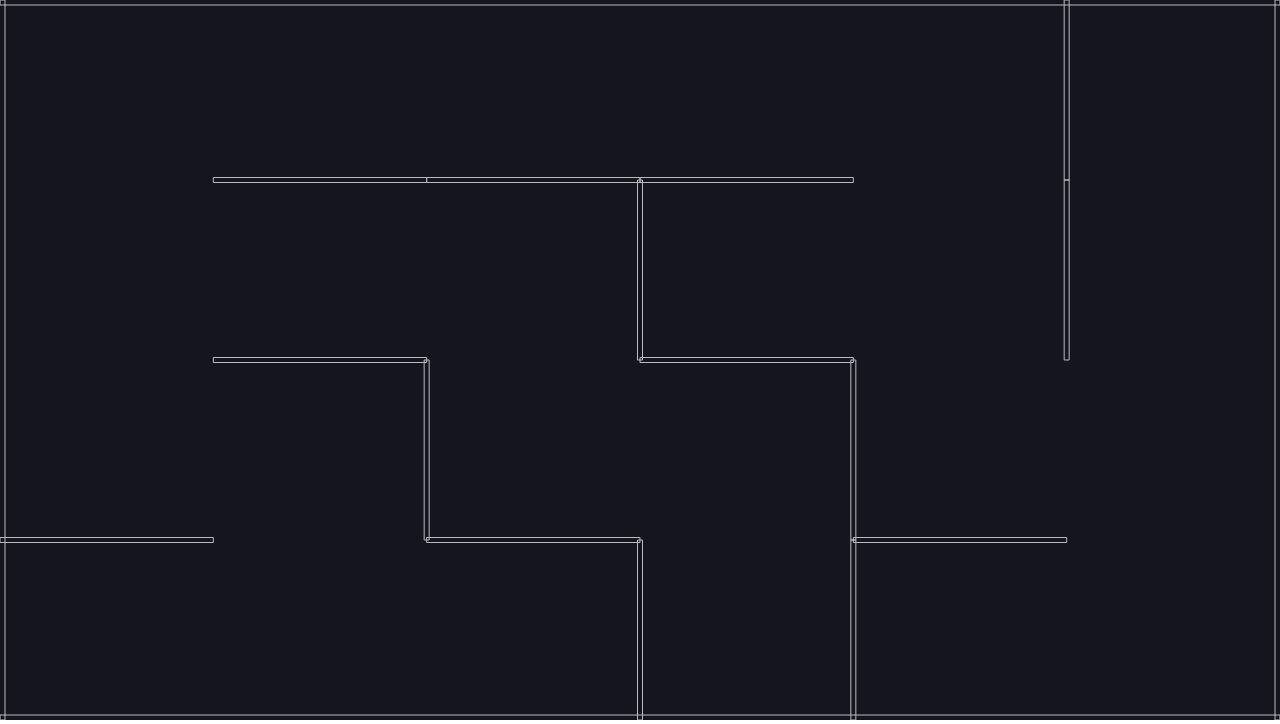
Repository: Sbethm/maze-runner
Page: index.html
An editor plug-in stored every save of this project. The page is shown before and after a run of saves, followed by the edit.
The browser window is 1280 px wide. The pictures show the whole page.
Some web libraries are served in a nearby version.

Above is the page before, as saved 2021-10-08 15:37:43.
Console error: ReferenceError: un is not defined

### index.html
<!DOCTYPE html>
<html lang="en">
<head>
    <meta charset="UTF-8">
    <meta http-equiv="X-UA-Compatible" content="IE=edge">
    <meta name="viewport" content="width=device-width, initial-scale=1.0">
    <link rel="stylesheet" href="style.css">
    <script src="https://cdnjs.cloudflare.com/ajax/libs/matter-js/0.17.1/matter.min.js"></script>
    <title>Maze Runner</title>
</head>
<body>

    <script src="app.js"></script>
</body>
</html>

### app.js

// //====== Building Canvas
// const { Engine, World, Runner, Render, Bodies, MouseConstraint, Mouse} = Matter;

// const width = 800;
// const height = 600;

// const engine = Engine.create();
// const {world} = engine;
// const render = Render.create({
//     element: document.body,
//     engine: engine,
//     options: {
//         // wireframes: false,
//         width,
//         height
//     }
// });
// Render.run(render);
// Runner.run(Runner.create(), engine);

// World.add(world, MouseConstraint.create(engine, {
//     mouse: Mouse.create(render.canvas)
// }));

// //====== Random Shapes in Canvas
// for(let i = 0; i < 20; i++) {
//     if(Math.random() > 0.5) {
//         World.add(world, Bodies.rectangle(Math.random() * width, Math.random() * height, 50, 50));
//     } else {
//         World.add(world, Bodies.circle(Math.random() * width, Math.random() * height, 30, {
//             render: {
//                 fillStyle: 'yellow'
//             }
//         }));
//     }
// }

// //====== Walls of Canvas
// const walls = [
//     Bodies.rectangle(400, 0, 800, 50, {isStatic: true}),
//     Bodies.rectangle(800, 300, 50, 600, {isStatic: true}),
//     Bodies.rectangle(400, 600, 800, 50, {isStatic: true}),
//     Bodies.rectangle(0, 300, 50, 600, {isStatic: true})
// ];

// World.add(world, walls);



//====== Building Canvas
const { Engine, World, Runner, Render, Bodies, Body, Events} = Matter;

//====== Config Variables
const cellsHorizontal = 6;
const cellsVertical = 4;
const width = window.innerWidth;
const height = window.innerHeight;
const wallsThickness = 5;
const boarderThickness = 10;
const unitLengthX = width / cellsHorizontal;
const unitLengthY = height / cellsVertical;
const goalRadius = unitLengthX / 4;

const engine = Engine.create();
    //Turn off gravity
    engine.world.gravity.y = 0;
const {world} = engine;
const render = Render.create({
    element: document.body,
    engine: engine,
    options: {
        width,
        height
    }
});
Render.run(render);
Runner.run(Runner.create(), engine);

//====== Walls of Canvas
const walls = [
    Bodies.rectangle(width / 2, 0, width, boarderThickness, {isStatic: true}),
    Bodies.rectangle(width, height / 2, boarderThickness, height, {isStatic: true}),
    Bodies.rectangle(width / 2, height, width, boarderThickness, {isStatic: true}),
    Bodies.rectangle(0, height / 2, boarderThickness, height, {isStatic: true})
];

World.add(world, walls);

//====== Maze Generation
const shuffle = (arr) => {
    let counter = arr.length;

    while(counter > 0) {
        const index = Math.floor(Math.random() * counter);
        counter--;
        const temp = arr[counter];
        arr[counter] = arr[index];
        arr[index] = temp;
    }

    return arr;
}

const grid = Array(cellsHorizontal).fill(null).map(()=> Array(cellsVertical).fill(false));
const verticals = Array(cellsVertical).fill(null).map(()=> Array(cellsHorizontal - 1).fill(false));
const horizontals = Array(cellsVertical - 1).fill(null).map(()=> Array(cellsHorizontal).fill(false));

startRow = Math.floor(Math.random() * cellsVertical);
startColumn  = Math.floor(Math.random() * cellsHorizontal);

const iteratingMazeWalls = (row, column) => {
    //If have visited cell before, return
    if(grid[row][column]) {
        return;
    }
    //Mark cell as true for having visited
    grid[row][column] = true;
    //Assembly random list of neighboring cells
    const neighbors = shuffle([
        [row - 1, column, 'up'],
        [row, column + 1, 'right'],
        [row, column - 1, 'left'],
        [row + 1, column, 'down']
    ]);

    //For each neighbor...
    for(neighbor of neighbors) {
        const [nextRow, nextColumn, direction] = neighbor;
    //See if that neighbor is out of bounds
        if(nextRow < 0 || nextRow >= cellsVertical || nextColumn < 0 || nextColumn >= cellsHorizontal) {
            continue;
        }
    //if we have visited that neighbor, continue to next neighbor
        if(grid[nextRow][nextColumn]) {
            continue;
        }
    //remove wall from either horizontals or verticals
        if(direction === 'right') {
            verticals[row][column] = true;
        } else if (direction === 'left') {
            verticals[row][column - 1] = true;
        } else if (direction === 'up') {
            horizontals[row - 1][column] = true;
        } else {
            horizontals[row][column] = true;
        }
        iteratingMazeWalls(nextRow, nextColumn);
    }
}

iteratingMazeWalls(startRow, startColumn);

console.log(grid);
console.log(verticals);
console.log(horizontals);

horizontals.forEach((row, rowIndex) => {
    row.forEach((open, colIndex) => {
        if (open){
            return;
        }

        const wall = Bodies.rectangle(colIndex * unitLengthX + unitLengthX / 2, rowIndex * unitLengthY + unitLengthY, unitLengthX, wallsThickness,
            {
                label: 'wall',
                isStatic: true
            });
        World.add(world, wall);
    });
});

verticals.forEach((row, rowIndex) => {
    row.forEach((open, colIndex) => {
        if (open){
            return;
        }
        const wall = Bodies.rectangle(colIndex * unitLengthX + unitLengthX, rowIndex * unitLengthY + unitLengthY / 2, wallsThickness, unitLengthY,
            {
                label: 'wall',
                isStatic: true
            });
        World.add(world, wall);
    });
});

//====== Goal & Player Piece
const radius = Math.min(un)
const goal =Bodies.circle(width - unitLengthX / 2, height - unitLengthY / 2, goalRadius,
    {
        label: 'goal',
        isStatic: true
    });
const playerPiece =Bodies.circle(unitLengthX / 2, unitLengthY / 2, goalRadius,
    {
        label: 'player'
    });

World.add(world, goal);
World.add(world, playerPiece);

//====== Player Controls
document.addEventListener('keydown', event => {
    const { x, y } = playerPiece.velocity;
    if(event.keyCode === 87) {
        Body.setVelocity(playerPiece, { x, y: y - 5 });
    }
    if(event.keyCode === 68) {
        Body.setVelocity(playerPiece, { x: x + 5, y });
    }
    if(event.keyCode === 83) {
        Body.setVelocity(playerPiece, { x, y: y + 5 });
    }
    if(event.keyCode === 65) {
        Body.setVelocity(playerPiece, { x: x - 5, y });
    }
})

//====== Win Condition
Events.on(engine, 'collisionStart', event => {
    event.pairs.forEach((collision) => {
        const label = ['goal', 'player'];
        if( label.includes(collision.bodyA.label) && label.includes(collision.bodyB.label)) {
            world.gravity.y = 1;
            world.bodies.forEach((body) => {
                if(body.label === 'wall') {
                    Body.setStatic(body, false);
                }
            })


        }
    });
});

//======

Loaded but not shown: style.css (common file)

After the next 4 saves:
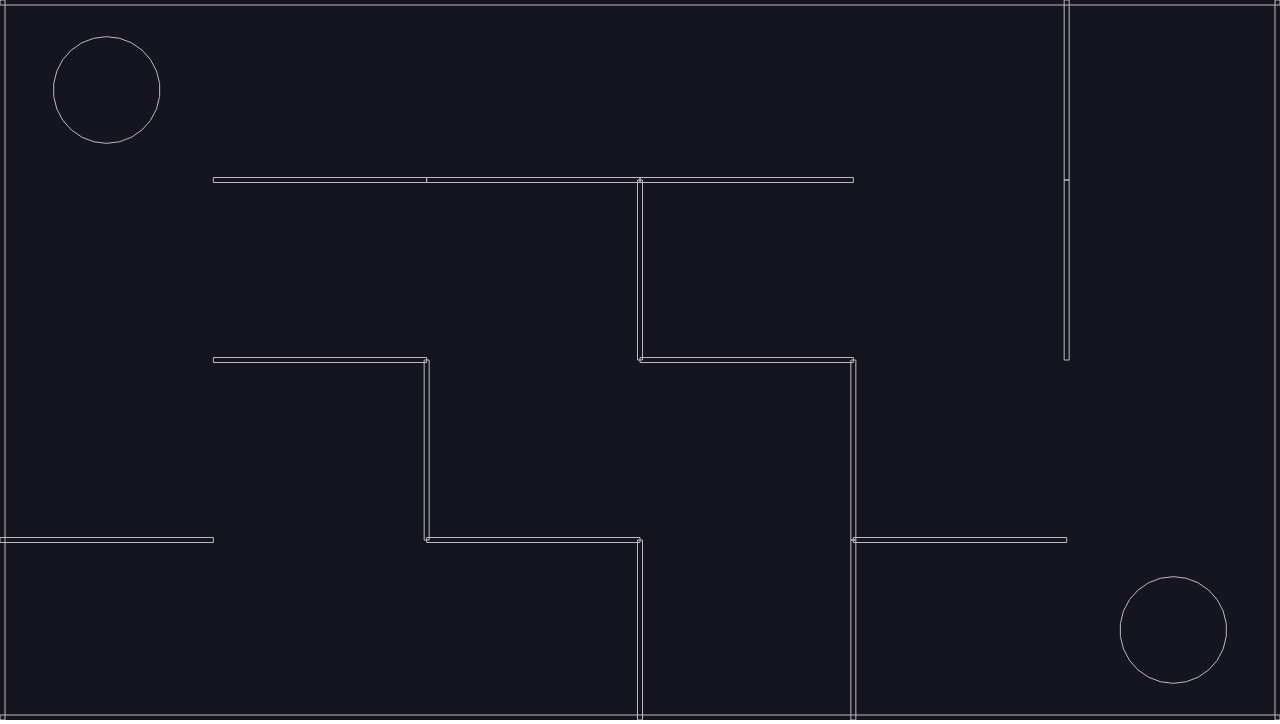
The error is gone.
The 4 saves are shown as one change because they came seconds apart.
The last was saved 9 s later.
--- a/app.js
+++ b/app.js
@@ -185,7 +185,7 @@ verticals.forEach((row, rowIndex) => {
 });
 
 //====== Goal & Player Piece
-const radius = Math.min(un)
+const radius = Math.min(unitLengthX, unitLengthY)
 const goal =Bodies.circle(width - unitLengthX / 2, height - unitLengthY / 2, goalRadius,
     {
         label: 'goal',
